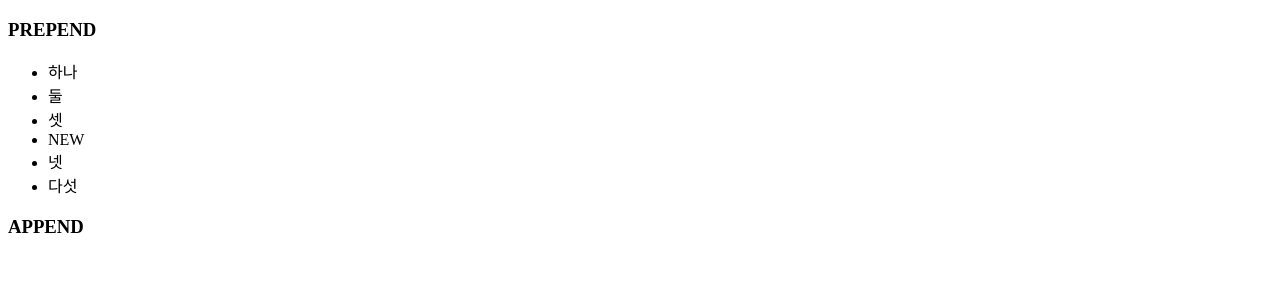
Repository: Baechangho/JavaBasic
Page: workspace_web/Front/src/main/webapp/jquery/jq_08.html
The author's editor kept a copy of each file at every save. The page is drawn from the files as they stood at one save, then again after the next save.
The browser window is 1280 px wide. The pictures show the whole page.

Above is the page before, as saved 2023-08-09 06:47:03.

After the next save:
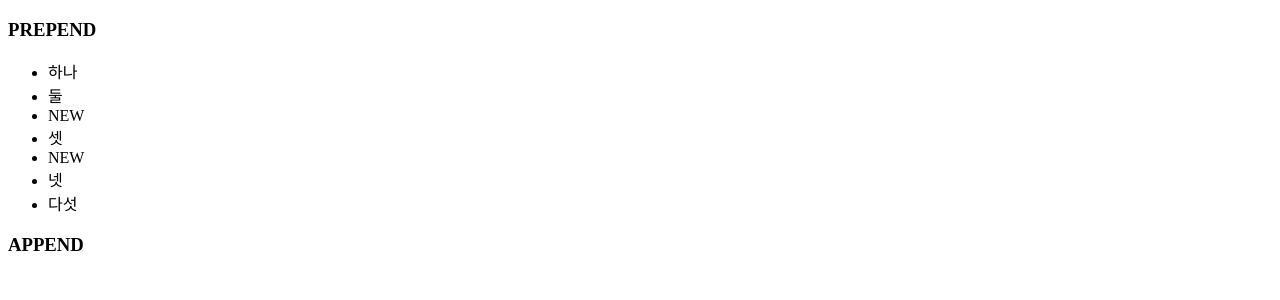
Saved 32 s later.
--- a/workspace_web/Front/src/main/webapp/jquery/jq_08.html
+++ b/workspace_web/Front/src/main/webapp/jquery/jq_08.html
@@ -18,7 +18,8 @@ $(function() {
 	//#third의 다음 형제로 추가한다
 	$("#third").after($("<li>").html("NEW"))
 
-
+	//#third의 이전 형제로 추가한다
+	$("#third").before($("<li>").html("NEW"))
 
 
 
